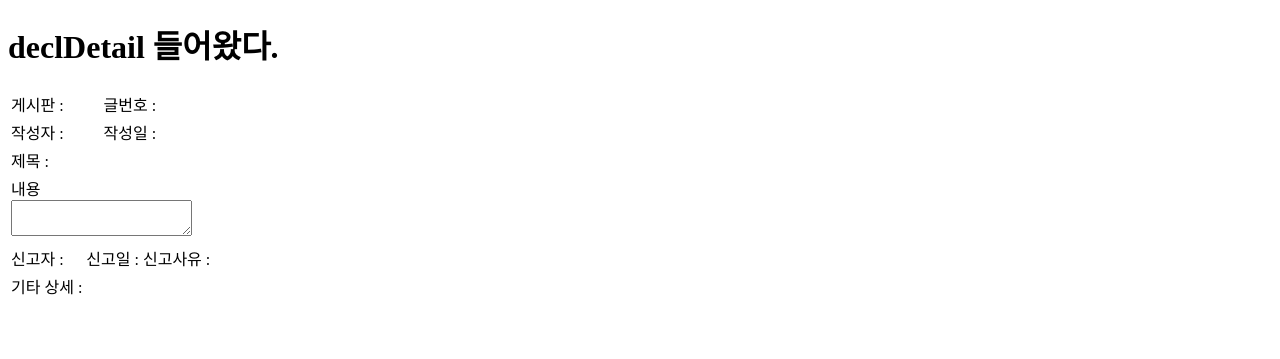
Repository: banana1531/ggs
Page: http://localhost/ggs/WEB-INF/views/admin/declDetail.jsp
The author's editor kept a copy of each file at every save. The page is drawn from the files as they stood at one save, then again after a run of saves.
The browser window is 1280 px wide. The pictures show the whole page.
The page is served by Tomcat 9. Nobody is signed in. Other server files are loaded and not shown. The template is opened directly, without the code that normally fills it, so the values that code supplies are empty.

Above is the page before, as saved 2020-07-10 01:36:22.

### 99s/ggs/src/main/webapp/WEB-INF/views/admin/declDetail.jsp
<%@ page language="java" contentType="text/html; charset=UTF-8"
    pageEncoding="UTF-8"%>
<!DOCTYPE html>
<html>
<head>
<meta charset="UTF-8">
<title>Insert title here</title>
</head>
<body>
   <h1>declDetail 들어왔다.</h1>
   <div class="container">
   <table class="table">
   		<tr>
   			<td>게시판 : ${detail.boardname}</td>
   			<td>글번호 : ${detail.fno}</td>
   		</tr>
   		<tr>
   			<td>작성자 : ${detail.writer}</td>
   			<td>작성일 : ${detail.writedate}</td>
   		</tr>
   		<tr>
   			<td>제목 : ${detail.title}</td>
   		</tr>
   		<tr>
   			<td colspan="2">내용<br/>
   			<textarea readonly="readonly">${detail.content}</textarea>
   			</td>
   		</tr>
   </table>
   <table class="table">
   		<tr>
   			<td>신고자 : ${detail.id}</td>
   			<td>신고일 : ${detail.inputdate}</td>
   			<td>신고사유 : ${detail.reason}</td>
   		</tr>
   		<tr>
   			<td>기타 상세 : ${detail.details}</td>
   		</tr>
   </table>

   </div>
</body>
</html>

After the next 2 saves:
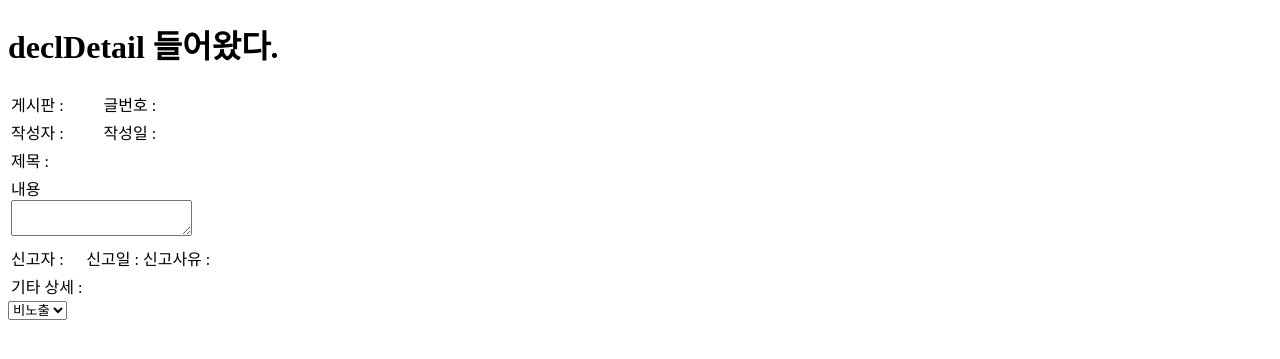
The 2 saves are shown as one change because they came seconds apart.
The last was saved 6 min 48 s later.
--- a/99s/ggs/src/main/webapp/WEB-INF/views/admin/declDetail.jsp
+++ b/99s/ggs/src/main/webapp/WEB-INF/views/admin/declDetail.jsp
@@ -37,7 +37,13 @@
    			<td>기타 상세 : ${detail.details}</td>
    		</tr>
    </table>
-
+   	<form class="form">
+   		<select name="isvisible">
+   			<option value="1">노출</option>
+   			<option value="0" selected="selected">비노출</option>
+   			<option></option>
+   		</select>
+   	</form>
    </div>
 </body>
 </html>
